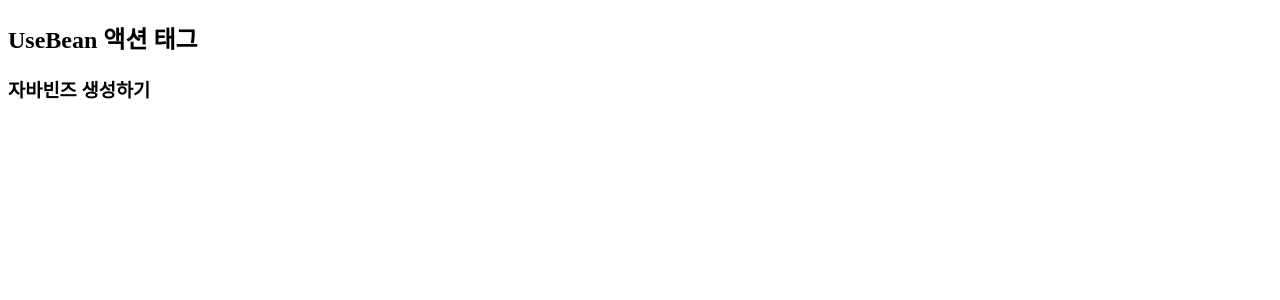
Repository: ks12b0000/JSP-School-Class
Page: http://localhost/chap10_JSP/useBeanMain.jsp
These files come from the project's save history. The page is drawn as it stood at one moment and after the next save; the edit follows.
The browser window is 1280 px wide. The pictures show the whole page.
The page is served by Tomcat 9.

Above is the page before, as saved 2022-06-02 05:36:30.

### chap10_JSP/src/main/webapp/useBeanMain.jsp
<%@ page language="java" contentType="text/html; charset=UTF-8"
    pageEncoding="UTF-8"%>
<!DOCTYPE html>
<html>
<head>
	<meta charset="UTF-8">
	<meta name="viewport" content="width=device-width, initial-scale=1.0">
	<title>액션 태그 - UseBean</title>
</head>
<body>
	<h2>UseBean 액션 태그</h2>
	<h3>자바빈즈 생성하기</h3>
	<jsp:useBean id="person" class="kr.co.ezenac.bean.Person" scope="request" />
</body>
</html>

### chap10_JSP/src/main/java/kr/co/ezenac/bean/Person.java
package kr.co.ezenac.bean;

public class Person {
	private String name;
	private int age;

	public Person() {}

	public Person(String name, int age) {
		this.name = name;
		this.age = age;
	}

	public String getName() {
		return name;
	}

	public void setName(String name) {
		this.name = name;
	}

	public int getAge() {
		return age;
	}

	public void setAge(int age) {
		this.age = age;
	}



}

After the next save:
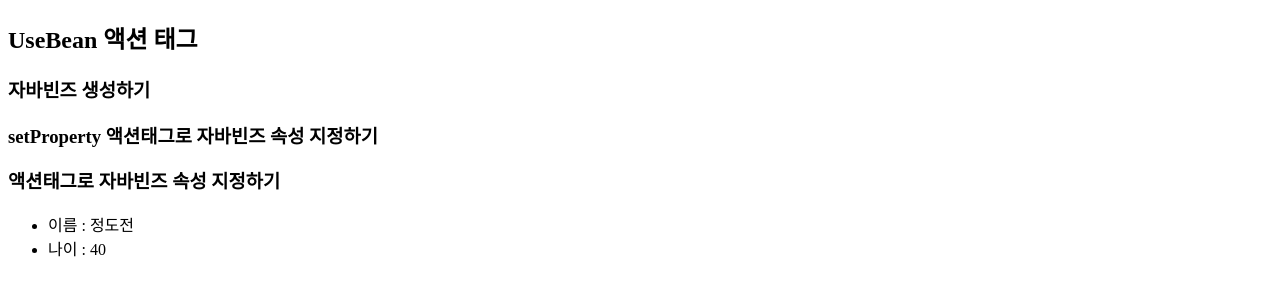
Saved 9 min 10 s later.
--- a/chap10_JSP/src/main/webapp/useBeanMain.jsp
+++ b/chap10_JSP/src/main/webapp/useBeanMain.jsp
@@ -11,5 +11,15 @@
 	<h2>UseBean 액션 태그</h2>
 	<h3>자바빈즈 생성하기</h3>
 	<jsp:useBean id="person" class="kr.co.ezenac.bean.Person" scope="request" />
+
+	<h3>setProperty 액션태그로 자바빈즈 속성 지정하기</h3>
+	<jsp:setProperty property="name" name="person" value="정도전"/>
+	<jsp:setProperty property="age" name="person" value="40"/>
+
+	<h3>액션태그로 자바빈즈 속성 지정하기</h3>
+	<ul>
+		<li>이름 : <jsp:getProperty property="name" name="person"/> </li>
+		<li>나이 : <jsp:getProperty property="age" name="person"/> </li>
+	</ul>
 </body>
 </html>
